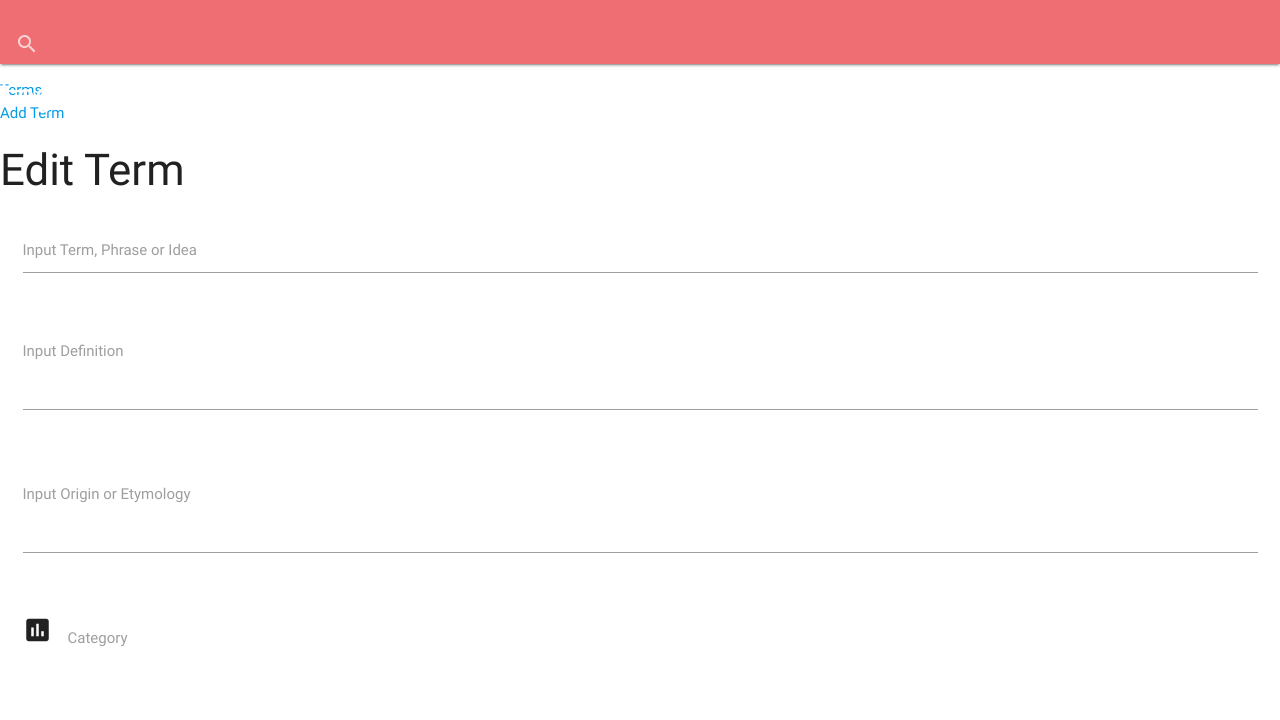
Repository: kalkiboru111/irish-dictionary-of-received-ideas
Page: templates/editterm.html
The author's editor kept a record of every edit. The page is drawn from the files as they stood at one moment, then again after the next edit.
The browser window is 1280 px wide. The pictures show the whole page.
Some web libraries are served in a nearby version. The page is served by the project's application, run on Flask 3 (app.py). The template is opened directly, without the code that normally fills it, so the values that code supplies are empty.

Above is the page before.

### templates/editterm.html
{% extends 'base.html' %} {% block content %}

<h3>Edit Term</h3>
<div class="row">
  <form action="{{ url_for('insert_term') }}" method='POST' class="col s12">
    <div class="row">
      <div class="input-field col s12">
        <input id="term_name" name="term_name" type="text" data-length="15">
        <label for="term_name">Input Term, Phrase or Idea</label>
      </div>
    </div>
    <div class="row">
      <div class="input-field col s12">
        <textarea id="term_definition" name="term_definition" class="materialize-textarea" data-length="120"></textarea>
        <label for="term_definition">Input Definition</label>
      </div>
    </div>
    <div class="row">
      <div class="input-field col s12">
        <textarea id="term_origin" name="term_origin" class="materialize-textarea" data-length="120"></textarea>
        <label for="term_origin">Input Origin or Etymology</label>
      </div>
    </div>
    <!-- Materialize select not currently functioning correctly. -->
    <div class="row">
      <div class="input-field col s12">
        <i class="material-icons prefix">poll</i>
        <select id="category" name="category_name">
            <option value="Select Category"disabled selected>Select Category</option>
            {% for cat in categories %}
            {% if cat.category_name == term.category_name %}
            <option value="{{cat.category_name}}" selected>{{cat.category_name}}</option>
            {% else %}
            <option value="{{cat.category_name}}">{{cat.category_name}}</option>
            {% endif %}
            {% endfor %}
          </select>
        <label>Category</label>
      </div>
    </div>
<!--    <div class="row">
      <button class="btn waves-effect waves-light" type="submit" name="action">Submit
          <i class="material-icons right">send</i>
        </button>
    </div>
  -->
  </form>
</div>

{% endblock %}

### templates/base.html
<!DOCTYPE html>
<html>

<head>
    <link href="https://fonts.googleapis.com/icon?family=Material+Icons" rel="stylesheet">
    <link rel="stylesheet" href="https://cdnjs.cloudflare.com/ajax/libs/materialize/0.100.2/css/materialize.min.css">
    <link rel="stylesheet" href="{{url_for('static', filename='css/style.css')}}" type="text/css" />
</head>

<body>
    <nav>
        <div class="nav-wrapper">
            <form>
                <div class="input-field">
                    <input id="search" type="search" required>
                    <label class="label-icon" for="search"><i class="material-icons">search</i></label>
                    <i class="material-icons">close</i>
                </div>
            </form>
            <a href="#!" class="brand-logo">Logo</a>
            <a href="#" data-target="mobile-demo" class="sidenav-trigger"><i class="material-icons">menu</i></a>

            <ul class="right hide-on-med-and-down">
                <li><a href="terms.html">Terms</a></li>
                <li><a href="add_term.html">Add Term</a></li>
            </ul>
        </div>
    </nav>
    <ul class="sidenav" id="mobile-demo">
        <li><a href="terms.html">Terms</a></li>
        <li><a href="add_term.html">Add Term</a></li>
    </ul>

    {% block content %} {% endblock %}
    <script src="https://cdnjs.cloudflare.com/ajax/libs/jquery/3.2.1/jquery.min.js"></script>
    <script src="https://cdnjs.cloudflare.com/ajax/libs/materialize/0.100.2/js/materialize.min.js">
        $(document).ready(function() {
            $('.sidenav').sidenav();
            $('select').formSelect();
        });
    </script>

</body>

</html>

### app.py
import os
from flask import Flask, render_template, redirect, request, url_for
from flask_pymongo import PyMongo
from bson.objectid import ObjectId

app = Flask(__name__)

app.config['MONGO_DBNAME'] = 'irish_dictionary'
app.config["MONGO_URI"] = os.getenv("MONGO_URI")

mongo = PyMongo(app)

@app.route('/')

# View directs user to terms page
@app.route('/get_terms')
def get_terms():
    return render_template("terms.html",
    terms=mongo.db.terms.find())

@app.route('/add_term')
def add_term():
    return render_template("add_term.html",
    categories=mongo.db.categories.find())

@app.route('/insert_term', methods=['POST'])
def insert_term():
    terms = mongo.db.terms
    terms.insert_one(request.form.to_dict())
    return redirect(url_for('get_terms'))

@app.route('/editterm/<term_id>')
def editterm(term_id):
    the_term =  mongo.db.terms.find_one({"_id": ObjectId(term_id)})
    all_categories =  mongo.db.categories.find()
    return render_template('editterm.html', term=the_term,
                           categories=all_categories)

if __name__ == '__main__':
    app.run(host=os.environ.get('IP'),
            port=int(os.environ.get('PORT')),
            debug=True)

### static/css/style.css
/* body {
    background-color: red;
} */

After the next edit:
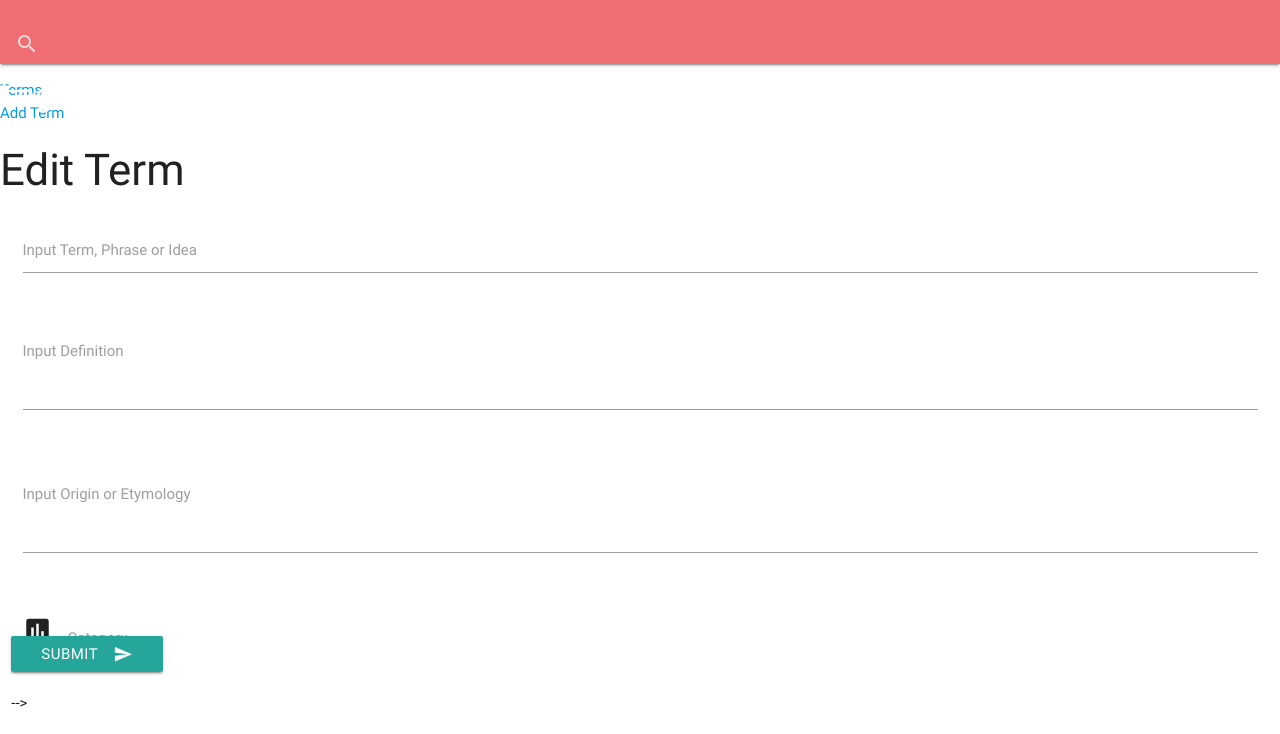
The edit:
--- a/templates/editterm.html
+++ b/templates/editterm.html
@@ -38,7 +38,7 @@
         <label>Category</label>
       </div>
     </div>
-<!--    <div class="row">
+ <div class="row">
       <button class="btn waves-effect waves-light" type="submit" name="action">Submit
           <i class="material-icons right">send</i>
         </button>
